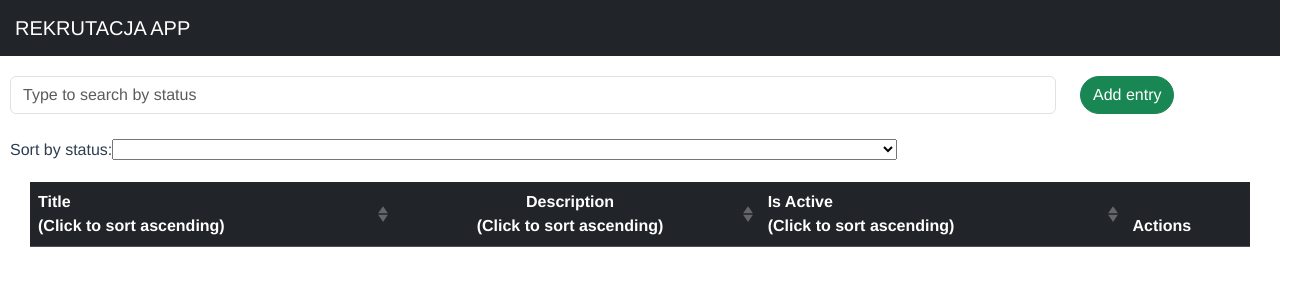
Repository: Madaless/vue_elastic
Page: / (app in vuejsapp/crudapp/)
These files come from the project's save history. The page is drawn as it stood at one moment and after the next save; the edit follows.
The browser window is 1280 px wide. The page is 1292 px wide, so the pictures cover 1292 px, including what lies to the right of the window. The pictures show the whole page.
The page's requests for data from a server got no answer. The project was rebuilt for these pictures with package versions that can differ from the ones it lists, and the page was loaded fresh each time. No one was signed in, and anything a server would have sent is missing.

Above is the page before, as saved 2021-09-13 02:05:32.

### vuejsapp/crudapp/src/main.js
import Vue from 'vue'
import App from './App.vue'
import store from  './store/index'
import { BootstrapVue, IconsPlugin } from 'bootstrap-vue'

// Import Bootstrap an BootstrapVue CSS files (order is important)
import 'bootstrap/dist/css/bootstrap.css'
import 'bootstrap-vue/dist/bootstrap-vue.css'

// Make BootstrapVue available throughout your project
Vue.use(BootstrapVue)
// Optionally install the BootstrapVue icon components plugin
Vue.use(IconsPlugin)

Vue.config.productionTip = false

new Vue({
  store,
  render: h => h(App),
}).$mount('#app')

### vuejsapp/crudapp/src/App.vue
<template>
  <div id="app">
    <b-navbar class="navbar navbar-expand navbar-dark bg-dark">
      <b-navbar-brand id="header" href="#">REKRUTACJA APP</b-navbar-brand>
    </b-navbar>

    <b-row id = "filterEntry">
      <b-col sm="10"><FilterEntry /></b-col>
      <b-col sm="2"><AddEntry /></b-col>
    </b-row>

    <EntryList />
  </div>
</template>

<script>
import AddEntry from "./components/AddEntry.vue";
import FilterEntry from "./components/FilterEntry.vue";
import EntryList from "./components/EntryList.vue";

export default {
  name: "App",
  components: {
    AddEntry,
    FilterEntry,
    EntryList,
  },
};
</script>

<style>
#app {
  font-family: Avenir, Helvetica, Arial, sans-serif;
  -webkit-font-smoothing: antialiased;
  -moz-osx-font-smoothing: grayscale;
  color: #2c3e50;
}
#header {
  padding-left: 15px;
}

#filterEntry {
    padding-top: 20px;
    padding-bottom: 20px;
    padding-left: 10px;
    padding-right: 10px;
}
</style>

### vuejsapp/crudapp/src/store/index.js
import Vuex from 'vuex';
import Vue from 'vue';
import entryList from './modules/entryList';

Vue.use(Vuex);

export default new Vuex.Store({
    modules: {
        entryList
    }
})

### vuejsapp/crudapp/src/components/AddEntry.vue
<template>
  <div>
    <b-button pill block variant="success">Add entry</b-button>
  </div>
</template>

<script>
export default {
  setup() {},
};
</script>

<style scoped>
</style>

### vuejsapp/crudapp/src/components/FilterEntry.vue
<template>
  <div>
    <b-form-input
      id="filter-input"
      type="search"
      placeholder="Type to search by status"
      v-on:change="filterEntryList($event)"
    ></b-form-input>

      <b-form-group
        label-for="sort-by-select"
        label-cols-sm="3"
        label-align-sm="right"
        label-size="sm"
        class="mb-0"
        v-slot="{ ariaDescribedby }"
      >
      <label>{{Sort}} </label>
        <b-form-select
          id="sort-by-select"
          v-on:change="filterEntryList($event)"
          :options="sortOptions"
          :aria-describedby="ariaDescribedby"
          size="l"
          class="w-75"
        >
          <template #first>
            <option value="">-- none --</option>
          </template>
        </b-form-select>
      </b-form-group>
  </div>
</template>

<script>
import {mapActions} from "vuex";

export default {
  setup() {},
  methods: {
      ...mapActions(["filterEntryList"]),
  },
  data() {
    return {
      Sort: "Sort by status: ",
      sortOptions: ["no", "yes"],
    };
  },
};
</script>

<style scoped>
</style>

### vuejsapp/crudapp/src/components/EntryList.vue
<template>
  <div id="entryList">

    <div class="todos" >
      <b-table :items="entryList" class="table table-striped table-dark" :fields="fields">
        <template #cell(name)="row">
          {{ row.value.first }} {{ row.value.last }}
        </template>

        <template #cell(actions)="row">

          <b-button size="sm" pill @click="row.toggleDetails">
            {{ row.detailsShowing ? "Hide" : "Show" }} Details
          </b-button>
          <b-button size="sm" pill block variant="danger"
            >Delete entry</b-button>
        </template>

        <template #row-details="row">
          <b-card>
            <ul>
              <li v-for="(value, key) in row.item" :key="key">
                {{ key }}: {{ value }}
              </li>
            </ul>
          </b-card>
        </template>
      </b-table>

      <!-- <table class="table table-striped table-dark">
        <thead>
          <tr>
            <th>Title</th>
            <th>Description</th>
            <th>Status</th>
          </tr>
        </thead>
        <tbody>
          <tr v-for="entry in entryList" v-bind:key="entry.key">
            <td>{{ entry.title }}</td>
          </tr>
        </tbody>
      </table> -->
    </div>
  </div>
</template>

<script>
import { mapGetters, mapActions } from "vuex";

export default {
  name: "EntryList",
  methods: {
    ...mapActions(["fetchEntryList"]),
  },
  computed: mapGetters(["entryList"]),
  created() {
    this.fetchEntryList();
  },
  data() {
    return {
      fields: [
        {
          key: "id",
          label: "Title",
          sortable: true,
          sortDirection: "desc",
        },
        {
          key: "description",
          label: "Description",
          sortable: true,
          class: "text-center",
        },
        {
          key: "status",
          label: "Is Active",
          formatter: (value) => {
            return value ? "Yes" : "No";
          },
          sortable: true,
          sortByFormatted: true,
          filterByFormatted: true,
        },
        { key: "actions", label: "Actions" },
      ],
    };
  },
};
</script>

<style scoped>
#entryList {
  padding-left: 30px;
  padding-right: 30px;
}
</style>

### vuejsapp/crudapp/src/store/modules/entryList.js
import axios from 'axios';

const state = {
  entryList: []
};
// get the state
const getters = {
  entryList: (state) => {
    return state.entryList
  }
};

const actions = {
  // fetch from api
  async fetchEntryList({ commit }) {
    const response = await axios.get('http://localhost:8082/entries/');
    console.log(response)
    commit('setEntryList', response.data.content);
  },

  async deleteEntry({ commit }, id) {
    await axios.delete(`https://jsonplaceholder.typicode.com/entries/${id}`);
    commit('removeEntry');
  },

  async addEntry({ commit }, entry) {
    const response = await axios.post(`http://localhost:8082/entries/`,
      entry);

    commit('addTodo', response.data)
  },

  async filterEntryList({ commit },isActive, name) {
    if(isActive === "") isActive = undefined
    else
      isActive = isActive === "yes";

    let response;

    if(name !== undefined && isActive !== undefined)
      response = await axios.get(`http://localhost:8082/entries/filter?name=${name}&status=${isActive}`);
    else if(name !== undefined)
      response = await axios.get(`http://localhost:8082/entries/filter?name=${name}`);
    else if(isActive !== undefined)
      response = await axios.get(`http://localhost:8082/entries/filter?status=${isActive}`);
    else
      response = await axios.get('http://localhost:8082/entries/');

    console.log(response)

    commit('setEntryList', response.data.content ? response.data.content : response.data);
  },
}

const mutations = {
  setEntryList: (state, entryList) => (state.entryList = entryList),
  removeEntry: (state, id) => state.entryList = state.entryList.filter((entry) => entry.id !== id),
  addEntry:(state,newEntry) => state.todos.unshift(newEntry)
};

export default {
  state,
  getters,
  actions,
  mutations
};

Loaded but not shown: vuejsapp/crudapp/public/index.html (common file)

After the next save:
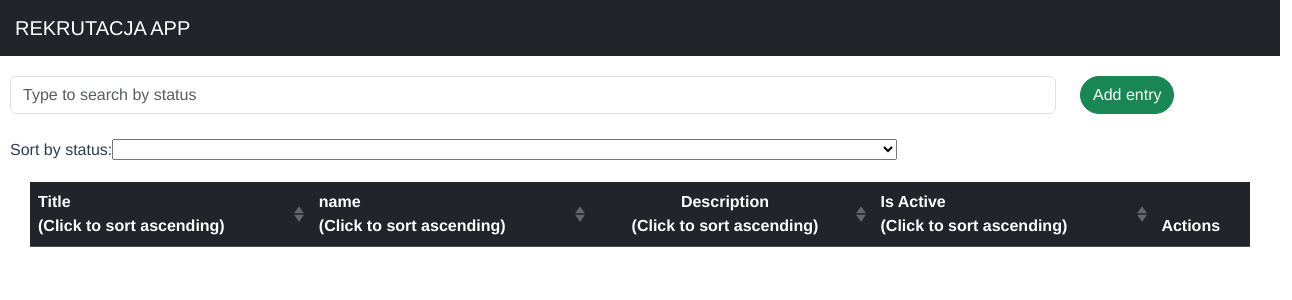
Saved 3 min 45 s later.
--- a/vuejsapp/crudapp/src/components/EntryList.vue
+++ b/vuejsapp/crudapp/src/components/EntryList.vue
@@ -67,6 +67,12 @@
           sortDirection: "desc",
         },
         {
+          key: "name",
+          label: "name",
+          sortable: true,
+          sortDirection: "desc",
+        },
+        {
           key: "description",
           label: "Description",
           sortable: true,

After the save that followed:
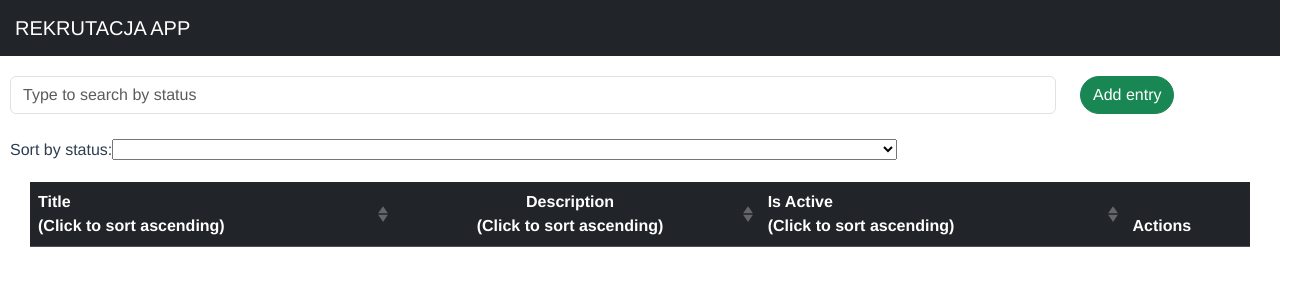
Saved 3 min 13 s later.
--- a/vuejsapp/crudapp/src/components/EntryList.vue
+++ b/vuejsapp/crudapp/src/components/EntryList.vue
@@ -67,12 +67,6 @@
           sortDirection: "desc",
         },
         {
-          key: "name",
-          label: "name",
-          sortable: true,
-          sortDirection: "desc",
-        },
-        {
           key: "description",
           label: "Description",
           sortable: true,
